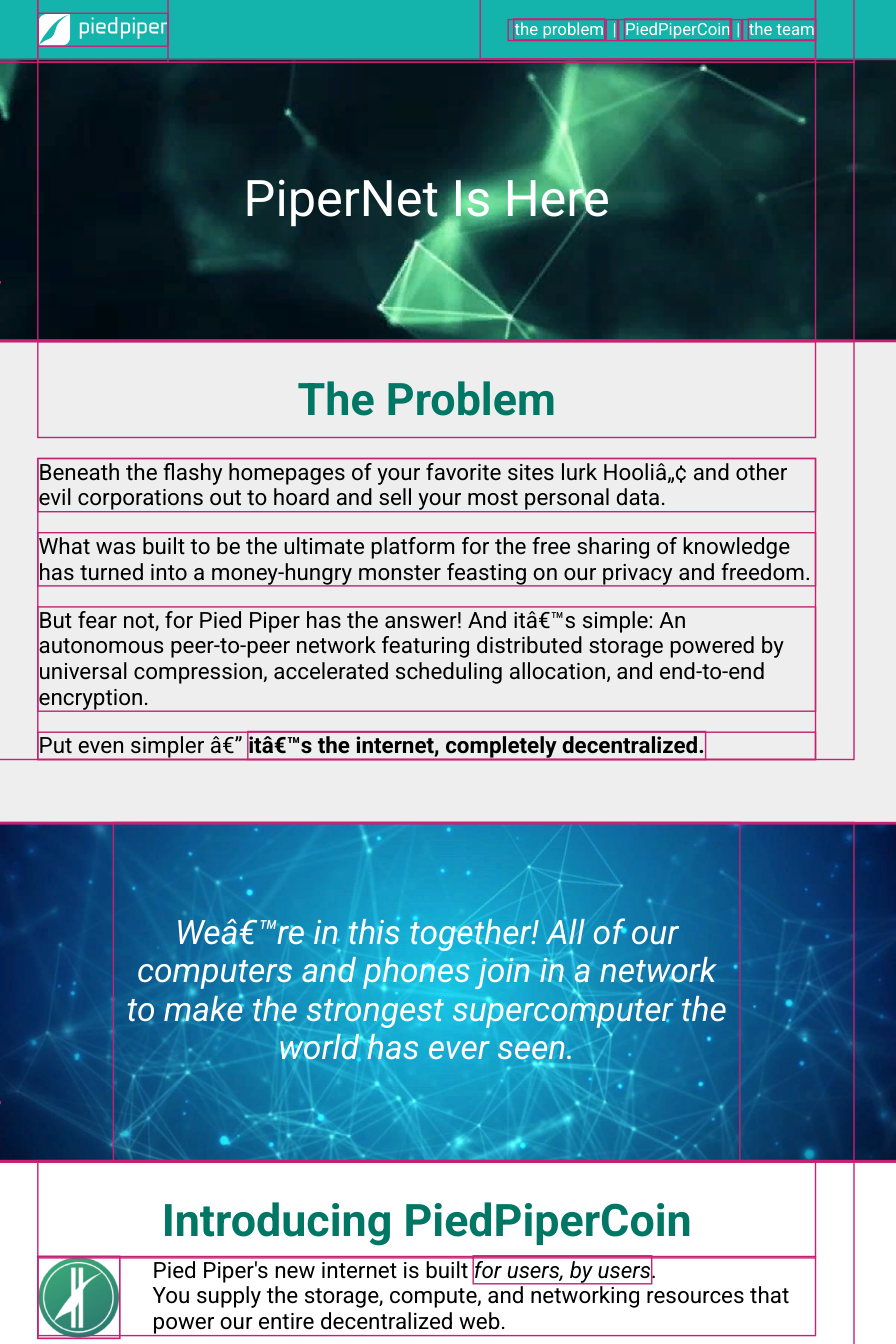
Repository: armus503/Pip_Piper
Page: Pip_Piper.html
An editor plug-in stored every save of this project. The page is shown before and after the next save, followed by the edit.
The browser window is 1280 px wide. The pictures show the part of the page from y = 0 to 1920 px (the page is 3271 px tall), at 70% of full size.

Above is the page before, as saved 2021-07-21 00:14:40.

After the next save:
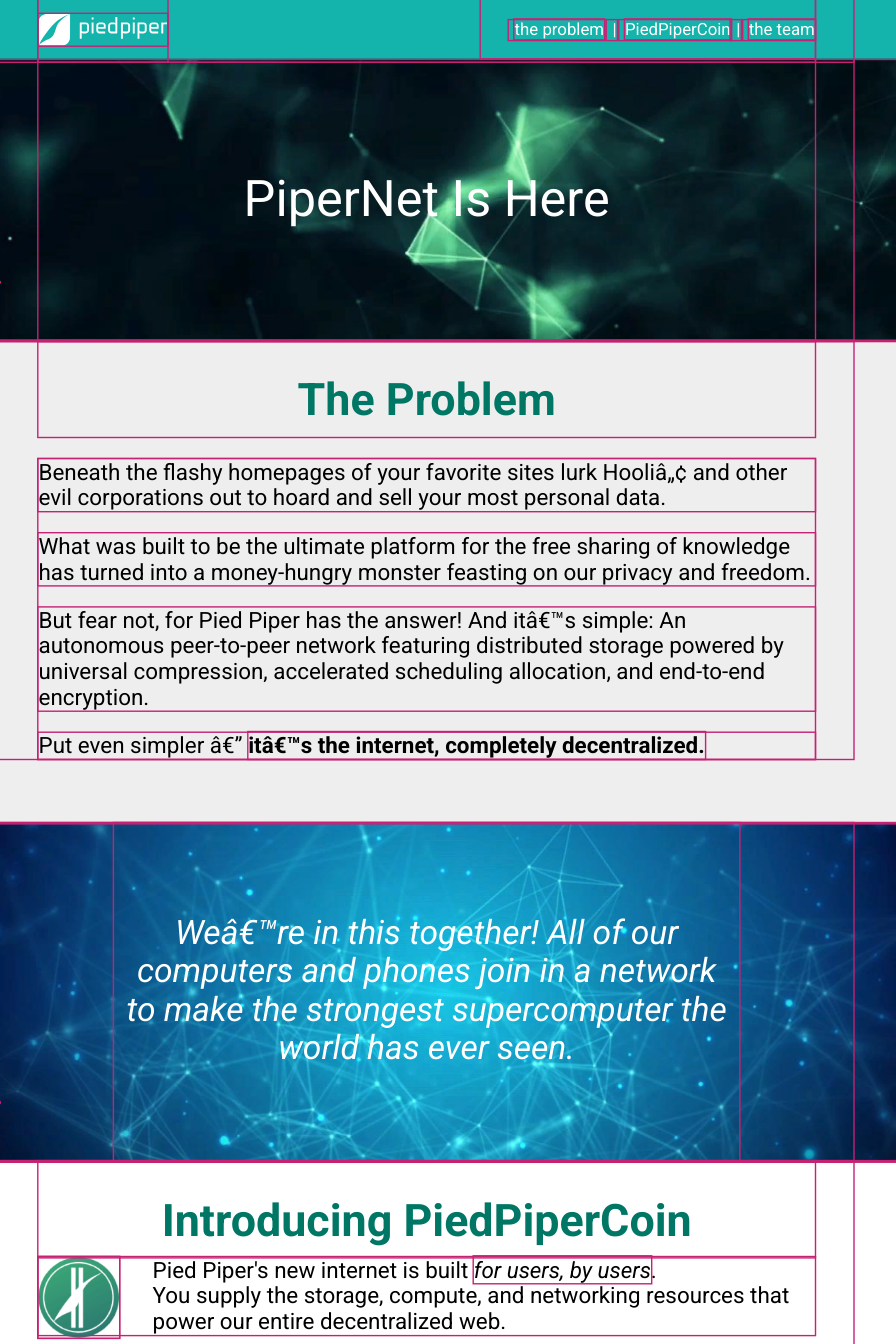
Saved 16 s later.
--- a/Pip_Piper.css
+++ b/Pip_Piper.css
@@ -517,7 +517,7 @@
 
 .jumbotron {
     background-image: url("image(1).png");
-    background-size: auto;
+    background-size: auto 100%;
     background-position: center center;
     margin: 0, auto;
     box-sizing: border-box;
